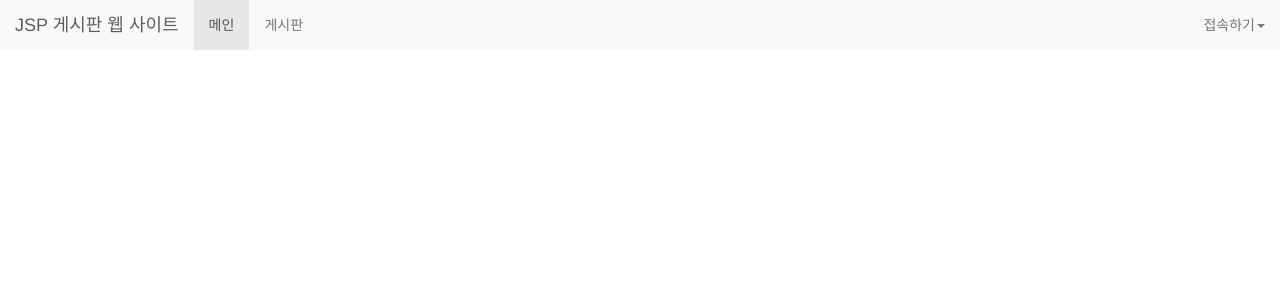
Repository: ehdgus0221/JAVA
Page: http://localhost/BBS/main.jsp
These files come from the project's save history. The page is drawn as it stood at one moment and after the next save; the edit follows.
The browser window is 1280 px wide. The pictures show the whole page.
Some web libraries are served in a nearby version. The page is served by Tomcat 9.

Above is the page before, as saved 2022-12-24 05:25:53.

After the next save:
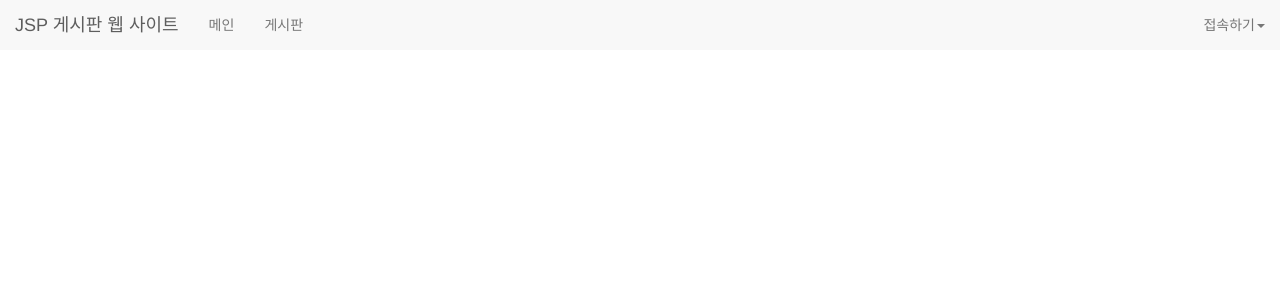
Saved 53 s later.
--- a/Board-Basic/projects/BBS/src/main/webapp/main.jsp
+++ b/Board-Basic/projects/BBS/src/main/webapp/main.jsp
@@ -35,7 +35,7 @@
 		</div>
 		<div class="collapse navbar-collapse" id="bs-example-navbar-collapse-1">
 			<ul class="nav navbar-nav">
-				<li class="active"><a href="main.jsp">메인</a></li>
+				<li><a href="main.jsp">메인</a></li>
 				<li><a href="bbs.jsp">게시판</a></li>
 			</ul>
 			<%

After the save that followed:
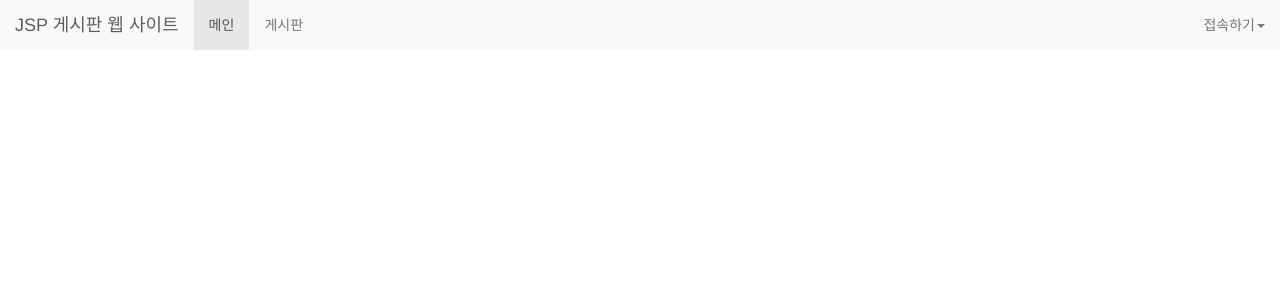
Saved 3 min 51 s later.
--- a/Board-Basic/projects/BBS/src/main/webapp/main.jsp
+++ b/Board-Basic/projects/BBS/src/main/webapp/main.jsp
@@ -35,7 +35,7 @@
 		</div>
 		<div class="collapse navbar-collapse" id="bs-example-navbar-collapse-1">
 			<ul class="nav navbar-nav">
-				<li><a href="main.jsp">메인</a></li>
+				<li class="active"><a href="main.jsp">메인</a></li>
 				<li><a href="bbs.jsp">게시판</a></li>
 			</ul>
 			<%
